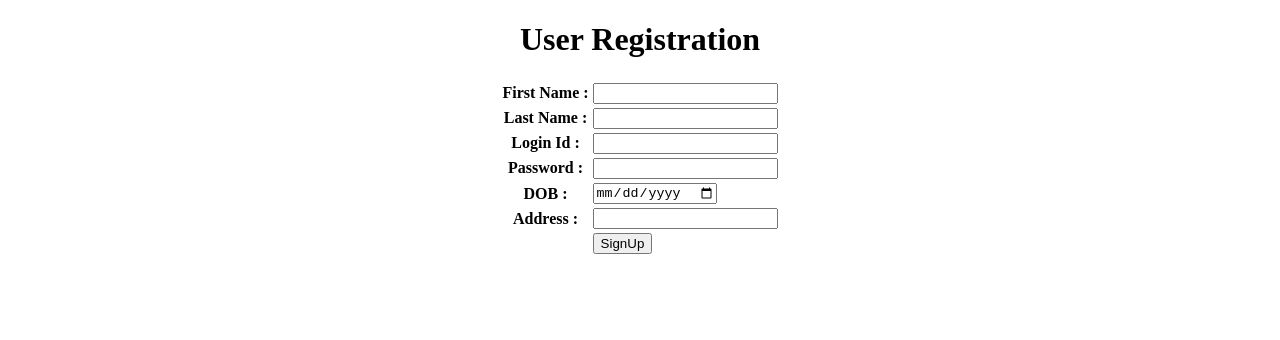
Repository: HimanshuJain1991/ProjectModuleUseCase
Page: http://localhost/Practice/UserRegistrationView.jsp
An editor plug-in stored every save of this project. The page is shown before and after the next save, followed by the edit.
The browser window is 1280 px wide. The pictures show the whole page.
The page is served by Tomcat 9.

Above is the page before, as saved 2024-02-27 20:06:45.

After the next save:
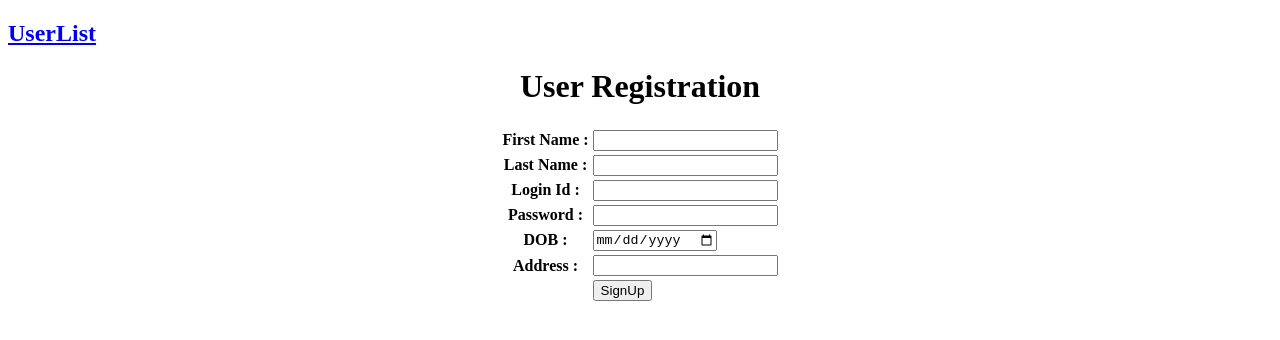
Saved 15 s later.
--- a/Practice/src/main/webapp/UserRegistrationView.jsp
+++ b/Practice/src/main/webapp/UserRegistrationView.jsp
@@ -9,6 +9,7 @@
 </head>
 
 <body>
+<h2><a href="UserListCtl"> UserList</a></h2>
 	<form action="UserRegistrationCtl" method="post">
 		<center>
 			<table>
